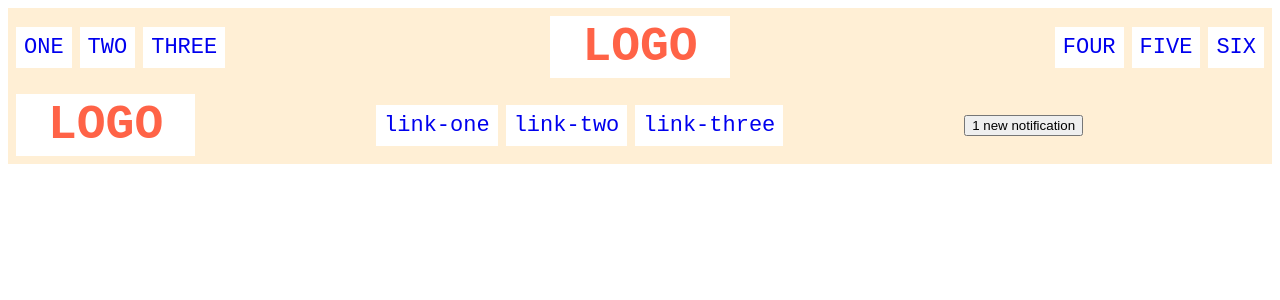
Repository: HeliosAI9/First-test-website
Page: mywebsite/html-boilerplate/pages/flex.html
These files come from the project's save history. The page is drawn as it stood at one moment and after the next save; the edit follows.
The browser window is 1280 px wide. The pictures show the whole page.

Above is the page before, as saved 2023-06-02 02:29:49.

### mywebsite/html-boilerplate/pages/flex.html
<!DOCTYPE html>
<html lang="en">
  <head>
    <meta charset="UTF-8">
    <meta http-equiv="X-UA-Compatible" content="IE=edge">
    <meta name="viewport" content="width=device-width, initial-scale=1.0">
    <title>Flex Header</title>
    <link rel="stylesheet" href="../css/flex.css">
  </head>
  <body>
    <div class="header">
      <div class="left-links">
        <ul>
          <li><a href="#">ONE</a></li>
          <li><a href="#">TWO</a></li>
          <li><a href="#">THREE</a></li>
        </ul>
      </div>
      <div class="logo">LOGO</div>
      <div class="right-links">
        <ul>
          <li><a href="#">FOUR</a></li>
          <li><a href="#">FIVE</a></li>
          <li><a href="#">SIX</a></li>
        </ul>
      </div>
    </div>

    <div class="header">
        <div class="logo">
          LOGO
        </div>
        <ul class="links">
          <li><a href="google.com">link-one</a></li>
          <li><a href="google.com">link-two</a></li>
          <li><a href="google.com">link-three</a></li>
        </ul>
        <button class="notifications">
          1 new notification
        </button>
        <div class="profile-image"></div>
  </body>
</html>

### mywebsite/html-boilerplate/css/flex.css
.header  {
    font-family: monospace;
    background: papayawhip;
  }

  .logo {
    font-size: 48px;
    font-weight: 900;
    color: tomato;
    background: white;
    padding: 4px 32px;
  }

  ul {
    /* this removes the dots on the list items*/
    list-style-type: none;
  }

  a {
    font-size: 22px;
    background: white;
    padding: 8px;
    /* this removes the line under the links */
    text-decoration: none;
  }

  .header {
    padding: 8px;
    display: flex;
    align-items: center;
    justify-content: space-between;
  }

  ul {
    display: flex;
    margin: 0;
    padding: 0;
    gap: 8px;
  }

After the next save:
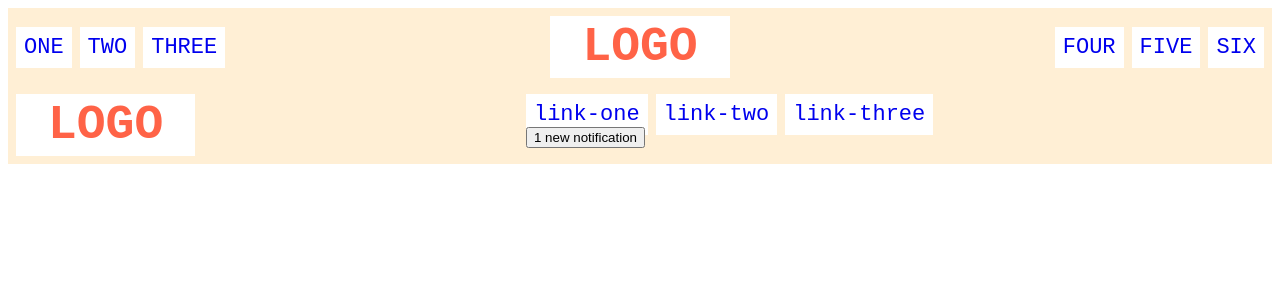
Saved 56 s later.
--- a/mywebsite/html-boilerplate/pages/flex.html
+++ b/mywebsite/html-boilerplate/pages/flex.html
@@ -26,18 +26,21 @@
       </div>
     </div>
 
-    <div class="header">
+    <header class="header">
         <div class="logo">
           LOGO
         </div>
-        <ul class="links">
-          <li><a href="google.com">link-one</a></li>
-          <li><a href="google.com">link-two</a></li>
-          <li><a href="google.com">link-three</a></li>
-        </ul>
-        <button class="notifications">
-          1 new notification
-        </button>
+        <nav class="nav">
+          <ul class="links">
+            <li><a href="google.com">link-one</a></li>
+            <li><a href="google.com">link-two</a></li>
+            <li><a href="google.com">link-three</a></li>
+          </ul>
+          <button class="notifications">
+            1 new notification
+          </button>
+        </nav>
         <div class="profile-image"></div>
+      </header>
   </body>
 </html>
